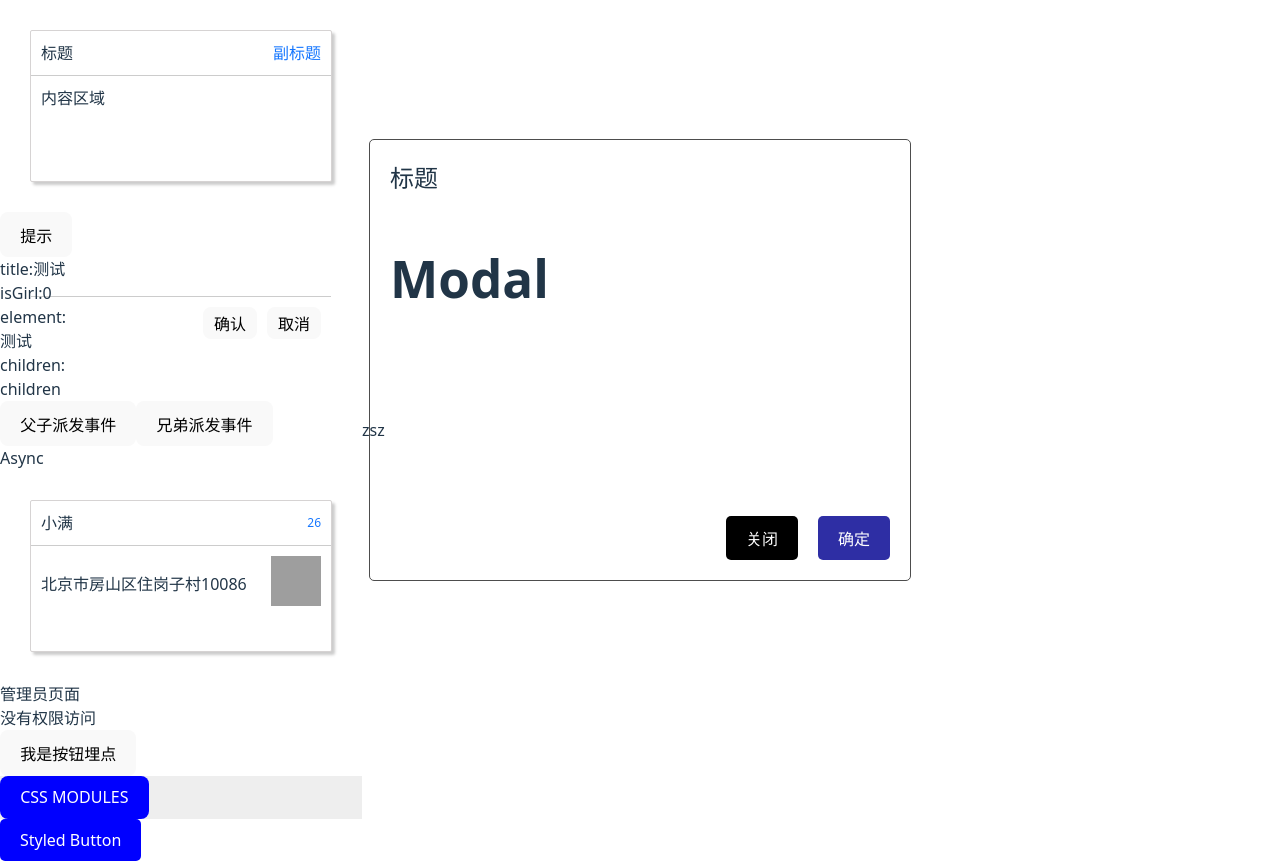
Repository: EDMZJJJ/learn-react
Page: /
These files come from the project's save history. The page is drawn as it stood at one moment and after the next save; the edit follows.
The browser window is 1280 px wide. The pictures show the whole page.
Pictures or frames that could not be fetched are drawn as grey boxes. The project was rebuilt for these pictures with package versions that can differ from the ones it lists, and the page was loaded fresh each time. Also part of the build but not shown: vite.config.ts, src/components/Skeleton/index.css, src/components/Message/index.css, src/components/Message/index.tsx.

Above is the page before, as saved 2026-03-11 15:45:25.

After the next save:
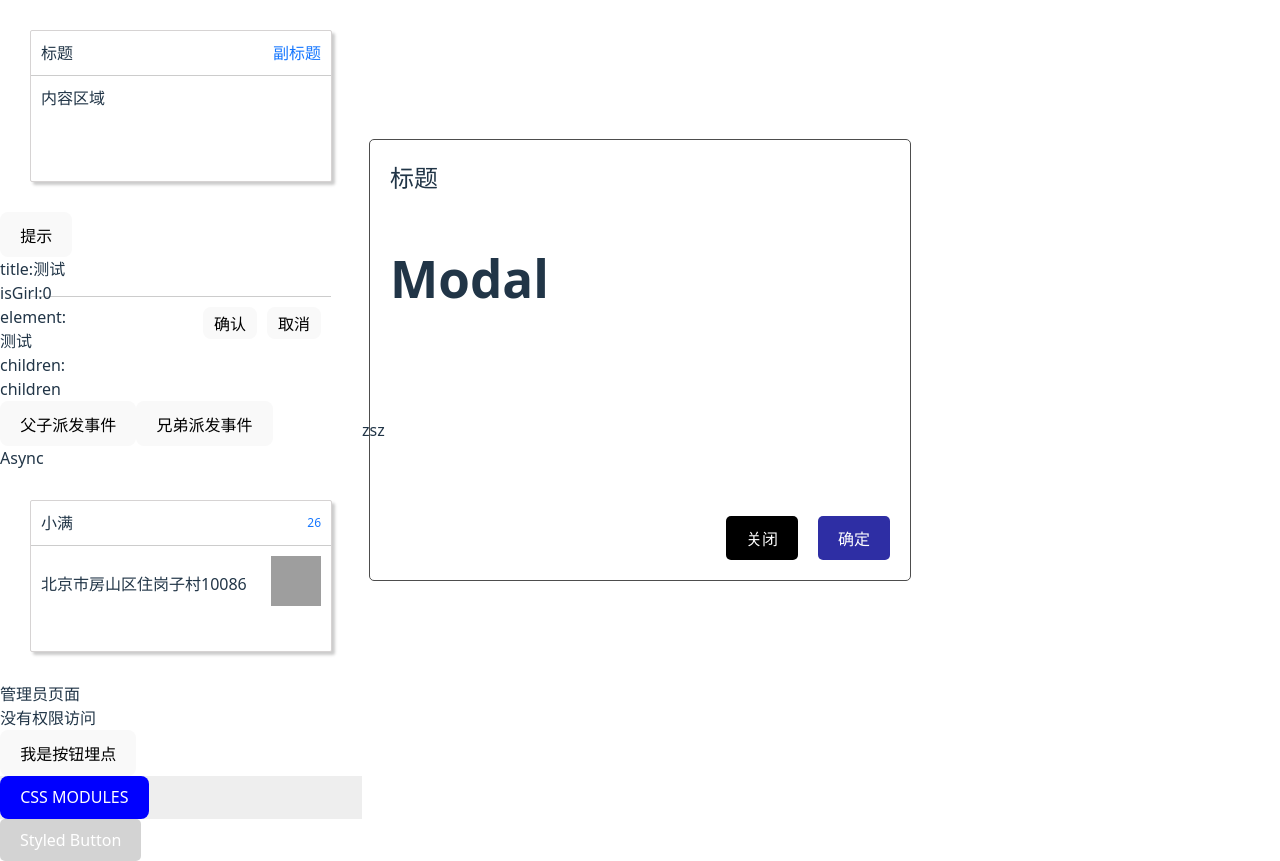
Saved 60 s later.
--- a/src/App.tsx
+++ b/src/App.tsx
@@ -82,8 +82,8 @@ const Button = ({ trackEvent }:{trackEvent: (eventType: string, data: any) => vo
 const TrackButton = withTracking(Button, 'button')
 
 //CSS-in-JS
-const StyledButton = styled.button`
-  background-color: blue;
+const StyledButton = styled.button<{primary?: boolean}>`
+  background-color: ${props => props.primary ? 'blue' : 'lightgray'};
   color: white;
   padding: 10px 20px;
   border: none;

After the save that followed:
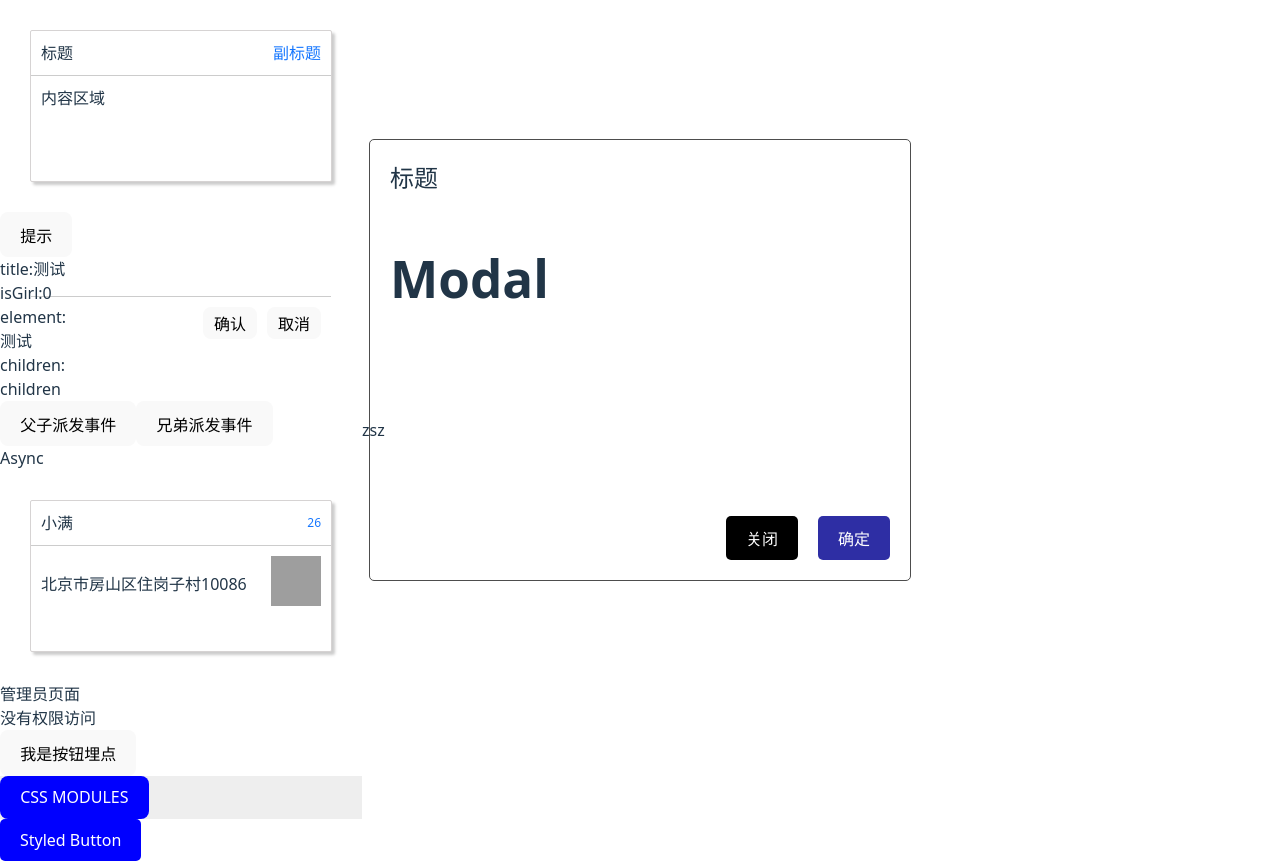
Saved 84 s later.
--- a/src/App.tsx
+++ b/src/App.tsx
@@ -141,7 +141,7 @@ const App: React.FC = () =>  {
       </div>
 
       {/* CSS-IN-JS */}
-      <StyledButton>Styled Button</StyledButton>
+      <StyledButton primary>Styled Button</StyledButton>
     </>
   )
 }
